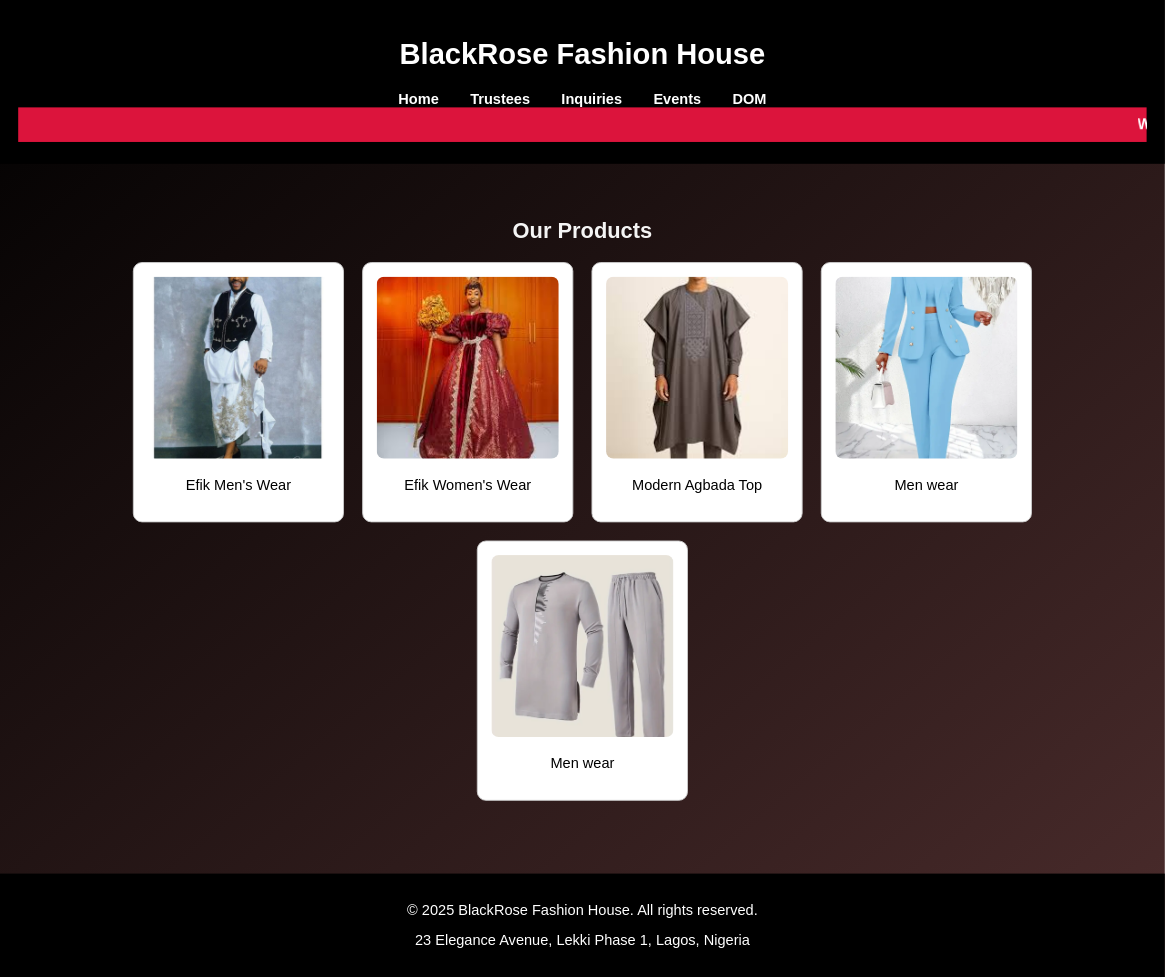
Repository: Blessing-Bassey/blackrose-fashion
Page: index.html
The author's editor kept a copy of each file at every save. The page is drawn from the files as they stood at one save, then again after the next save.
The browser window is 1280 px wide. The pictures show the whole page, at 91% of full size.

Above is the page before, as saved 2025-08-02 18:15:00.

### index.html
<!DOCTYPE html>
<html lang="en">
  <head>
    <meta charset="UTF-8" />
    <meta name="viewport" content="width=device-width, initial-scale=1.0" />
    <title>BlackRose Fashion House</title>
    <link rel="stylesheet" href="style.css" />
  </head>
  <body>
    <header>
      <h1>BlackRose Fashion House</h1>
      <nav>
        <a href="index.html">Home</a>
        <a href="trustees.html">Trustees</a>
        <a href="inquiries.html">Inquiries</a>
        <a href="events.html">Events</a>
        <a href="dom-structure.html">DOM</a>
      </nav>
      <marquee behavior="scroll" direction="left">
        Welcome to BlackRose! Explore our fashion collections and more!
      </marquee>
    </header>

    <main class="showcase">
      <h2>Our Products</h2>
      <div class="product-grid">
        <div class="product">
          <img src="images/Usobo1.jpg" alt="Product 1" />
          <p>Efik Men's Wear</p>
        </div>
        <div class="product">
          <img src="images/Onyonyo1.jpg" alt="Product 2" />
          <p>Efik Women's Wear</p>
        </div>
        <div class="product">
          <img src="images/Agbada1.jpg" alt="Product 3" />
          <p>Modern Agbada Top</p>
        </div>
        <div class="product">
          <img src="images/Casual1.jpg" alt="Product 3" />
          <p>Men wear</p>
        </div>
        <div class="product">
          <img src="images/Casual2.jpg" alt="Product 3" />
          <p>Men wear</p>
        </div>
      </div>
    </main>

    <footer>
      <p>&copy; 2025 BlackRose Fashion House. All rights reserved.</p>
      <p>23 Elegance Avenue, Lekki Phase 1, Lagos, Nigeria</p>
    </footer>
  </body>
</html>

### style.css
/* General Styling */
body {
  font-family: Arial, sans-serif;
  margin: 0;
  padding: 0;
  background: linear-gradient(to bottom right, #000000, #4b2c2c);
  color: #f5f5f5;
}

/* Header & Nav */
header {
  background-color: #000;
  color: white;
  padding: 20px;
  text-align: center;
}

nav a {
  color: white;
  margin: 0 15px;
  text-decoration: none;
  font-weight: bold;
}

marquee {
  background-color: crimson;
  color: white;
  padding: 10px;
  font-weight: bold;
}

/* Product Showcase */
.showcase {
  padding: 40px;
  text-align: center;
}

.product-grid {
  display: flex;
  justify-content: center;
  gap: 20px;
  flex-wrap: wrap;
  margin-top: 20px;
}

.product {
  background: white;
  border: 1px solid #ccc;
  padding: 15px;
  border-radius: 10px;
  width: 200px;
  color: black; /* ✅ Add this line */
}

.product img {
  width: 100%;
  height: 200px; /* ✅ Fixed height */
  object-fit: cover; /* ✅ Crops excess but keeps image centered */
  border-radius: 8px;
}

/* Footer */
footer {
  background-color: #000;
  color: white;
  text-align: center;
  padding: 15px;
  margin-top: 40px;
}
/* Trustees Page */
.trustees {
  padding: 40px;
  text-align: center;
}

.trustee-grid {
  display: flex;
  justify-content: center;
  gap: 30px;
  flex-wrap: wrap;
  margin-top: 30px;
}

.trustee {
  background: white;
  padding: 15px;
  border-radius: 10px;
  border: 1px solid #ccc;
  width: 200px;
  color: black; /* ✅ Add this line */
}

.trustee img {
  width: 100%;
  height: 200px;
  object-fit: cover;
  border-radius: 8px;
}
/* Inquiries Page */
.inquiry-form {
  padding: 40px;
  max-width: 600px;
  margin: auto;
  background: white;
  border-radius: 10px;
  box-shadow: 0 0 10px rgba(0, 0, 0, 0.1);
  color: black; /* ✅ Add this line */
}

.inquiry-form form {
  display: flex;
  flex-direction: column;
}

.inquiry-form label {
  margin-top: 15px;
  font-weight: bold;
}

.inquiry-form input,
.inquiry-form textarea {
  padding: 10px;
  margin-top: 5px;
  border: 1px solid #ccc;
  border-radius: 5px;
}

.inquiry-form button {
  margin-top: 20px;
  padding: 12px;
  background-color: black;
  color: white;
  border: none;
  border-radius: 5px;
  font-size: 16px;
  cursor: pointer;
}

.inquiry-form button:hover {
  background-color: #333;
}

#formResponse {
  margin-top: 20px;
  color: green;
  font-weight: bold;
}

.hidden {
  display: none;
}
/* Events Page */
.events {
  padding: 40px;
  max-width: 700px;
  margin: auto;
}

.event {
  background: white;
  padding: 20px;
  border-radius: 10px;
  border: 1px solid #ccc;
  margin-bottom: 30px;
  color: black; /* ✅ Add this line */
}

.event h3 {
  margin-top: 0;
}

#countdown {
  font-weight: bold;
  color: crimson;
}
/* DOM Page */
.dom {
  padding: 40px;
  max-width: 800px;
  margin: auto;
}

.code-block {
  background-color: #f5f5f5;
  padding: 20px;
  font-family: monospace;
  white-space: pre-wrap;
  border: 1px solid #ccc;
  border-radius: 10px;
  color: black; /* ✅ Add this line */
}

section {
  background-color: rgba(255, 255, 255, 0.1);
  padding: 20px;
  border-radius: 10px;
}

.contact-info {
  margin-top: 30px;
  padding-top: 15px;
  border-top: 1px solid #ccc;
  color: black;
  text-align: center;
}

After the next save:
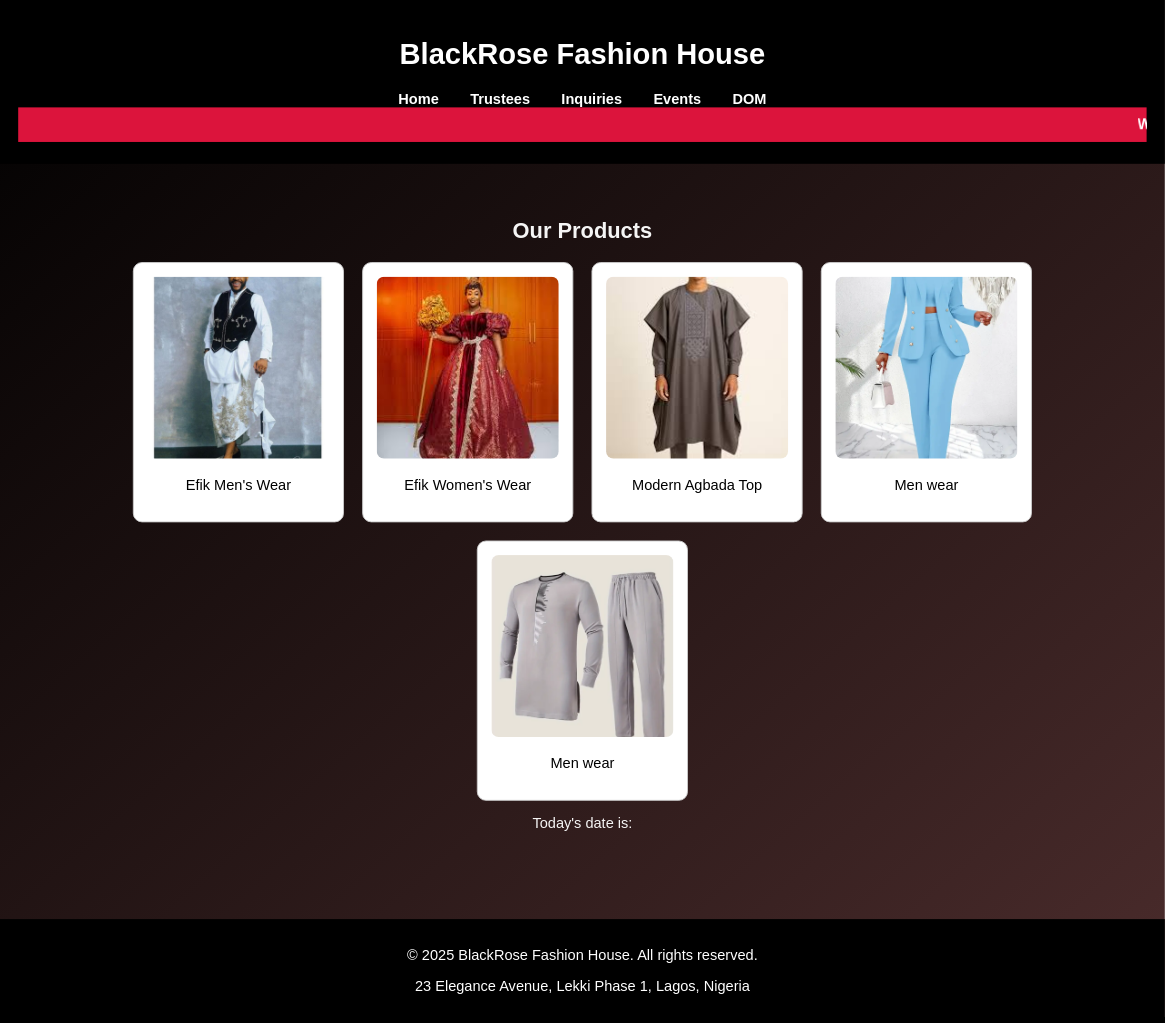
Saved 34 s later.
--- a/index.html
+++ b/index.html
@@ -44,12 +44,15 @@
           <img src="images/Casual2.jpg" alt="Product 3" />
           <p>Men wear</p>
         </div>
+        </div>
+        <p>Today's date is: <span id="current-date"></span></p>
       </div>
     </main>
 
     <footer>
       <p>&copy; 2025 BlackRose Fashion House. All rights reserved.</p>
       <p>23 Elegance Avenue, Lekki Phase 1, Lagos, Nigeria</p>
+      <p id="dateNote"></p>
     </footer>
   </body>
 </html>
